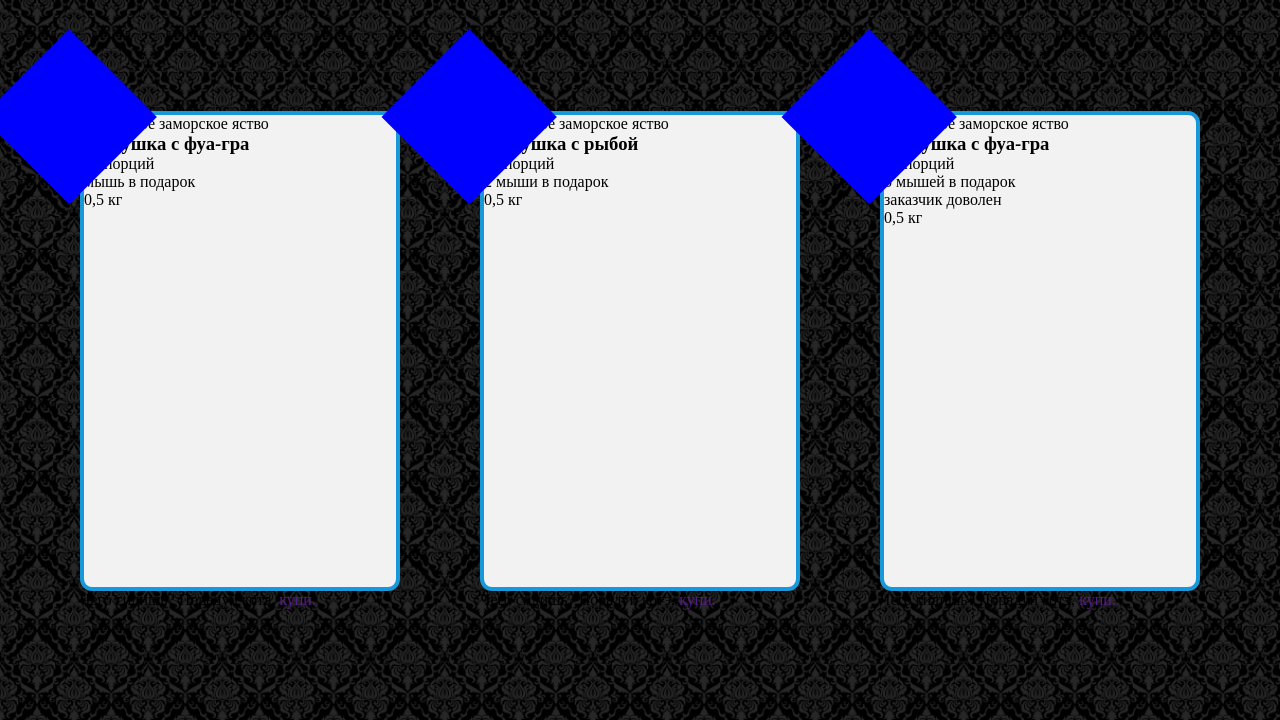
Repository: acbukka/tech-qt
Page: index.html
These files come from the project's save history. The page is drawn as it stood at one moment and after the next save; the edit follows.
The browser window is 1280 px wide. The pictures show the whole page.

Above is the page before, as saved 2022-06-17 16:02:13.

### index.html
<!DOCTYPE html>
<html lang="en">

<head>
  <meta charset="UTF-8">
  <meta http-equiv="X-UA-Compatible" content="IE=edge">
  <meta name="viewport" content="width=device-width, initial-scale=1.0">
  <title>Template</title>
  <link rel="stylesheet" href="./src/style.css">
</head>

<body class="body">

  <main class="main">
    <div class="container">
      <div class="cards-wrapper">

        <div class="card-inner">
          <div class="card-item">
            <p class="card-item__pre-title">
              Сказочное заморское яство
            </p>
            <h3 class="card-item__title">
              Нямушка
              <span class="card-item__title-span">
                с фуа-гра
              </span>
            </h3>
            <ul class="card-item__pref-list">
              <li class="card-item__pref">
                <span class="card-item__pref-span">10</span> порций
              </li>
              <li class="card-item__pref">
                <span class="card-item__pref-span"></span>мышь в подарок
              </li>
            </ul>
            <div class="card-item__price">0,5 кг</div>
          </div>
          <p class="card-inner__info">
            Чего сидишь? Порадуй котэ, <a href="" class="card-inner__info-link">купи.</a>
          </p>
        </div>

        <div class="card-inner">
          <div class="card-item">
            <p class="card-item__pre-title">
              Сказочное заморское яство
            </p>
            <h3 class="card-item__title">
              Нямушка
              <span class="card-item__title-span">
                с рыбой
              </span>
            </h3>
            <ul class="card-item__pref-list">
              <li class="card-item__pref">
                <span class="card-item__pref-span">40</span> порций
              </li>
              <li class="card-item__pref">
                <span class="card-item__pref-span">2</span> мыши в подарок
              </li>
            </ul>
            <div class="card-item__price">0,5 кг</div>
          </div>
          <p class="card-inner__info">
            Чего сидишь? Порадуй котэ, <a href="" class="card-inner__info-link">купи.</a>
          </p>
        </div>

        <div class="card-inner">
          <div class="card-item">
            <p class="card-item__pre-title">
              Сказочное заморское яство
            </p>
            <h3 class="card-item__title">
              Нямушка
              <span class="card-item__title-span">
                с фуа-гра
              </span>
            </h3>
            <ul class="card-item__pref-list">
              <li class="card-item__pref">
                <span class="card-item__pref-span">10</span> порций
              </li>
              <li class="card-item__pref">
                <span class="card-item__pref-span">5</span> мышей в подарок
              </li>
              <li class="card-item__pref">
                заказчик доволен
              </li>
            </ul>
            <div class="card-item__price">0,5 кг</div>
          </div>
          <p class="card-inner__info">
            Чего сидишь? Порадуй котэ, <a href="" class="card-inner__info-link">купи.</a>
          </p>
        </div>

      </div>
    </div>
  </main>

</body>

</html>

### src/style.css
html {
  -webkit-box-sizing: border-box;
  box-sizing: border-box;
  scroll-behavior: smooth;
}

*,
*::after,
*::before {
  -webkit-box-sizing: inherit;
  box-sizing: inherit;
  -webkit-tap-highlight-color: transparent;
}

ul[class],
ol[class] {
  padding: 0;
}

body,
h1,
h2,
h3,
h4,
h5,
h6,
p,
ul[class],
ol[class],
li,
figure,
figcaption,
blockquote,
dl,
dd {
  margin: 0;
}

ul[class] {
  list-style: none;
}

img {
  max-width: 100%;
  display: block;
}

input,
button,
textarea,
select {
  font: inherit;
}

a {
  text-decoration: none;
}

.body {
  background-image: url(../assets/Pattern.jpg);
  background-repeat: no-repeat;
  background-size: cover;
}

.main {
  height: 100vh;
  display: flex;
  align-items: center;
}

.container {
  margin-top: 50%;
  max-width: 1120px;
  margin: 0 auto;
}

.cards-wrapper {
  width: 1120px;
  display: flex;
  justify-content: space-between;
}

.card-item {
  position: relative;
  width: 320px;
  height: 480px;
  background-color: #F2F2F2;
  border-top-left-radius: 20% 10%;
  /* border-bottom-left-radius: 20%; */
  border: 4px solid #1698D9;
  /* border-left: 20px solid #1698D9; */
  border-radius: 12px;
  /* background: linear-gradient(-135deg, transparent 15px, #ddd 0); */
}

.card-item::before {
  content: "";
  position: absolute;
  width: 124.45px;
  height: 124.45px;
  background: blue;
  /* top: 0;
  left: 0; */
  left: -24.69%;
  right: 85.8%;
  top: -12.77%;
  bottom: 88.32%;
  transform:  rotate(45deg);
}

.cards-wrapper
.card-inner + .card-inner {
  margin-left: 5rem;
}

After the next save:
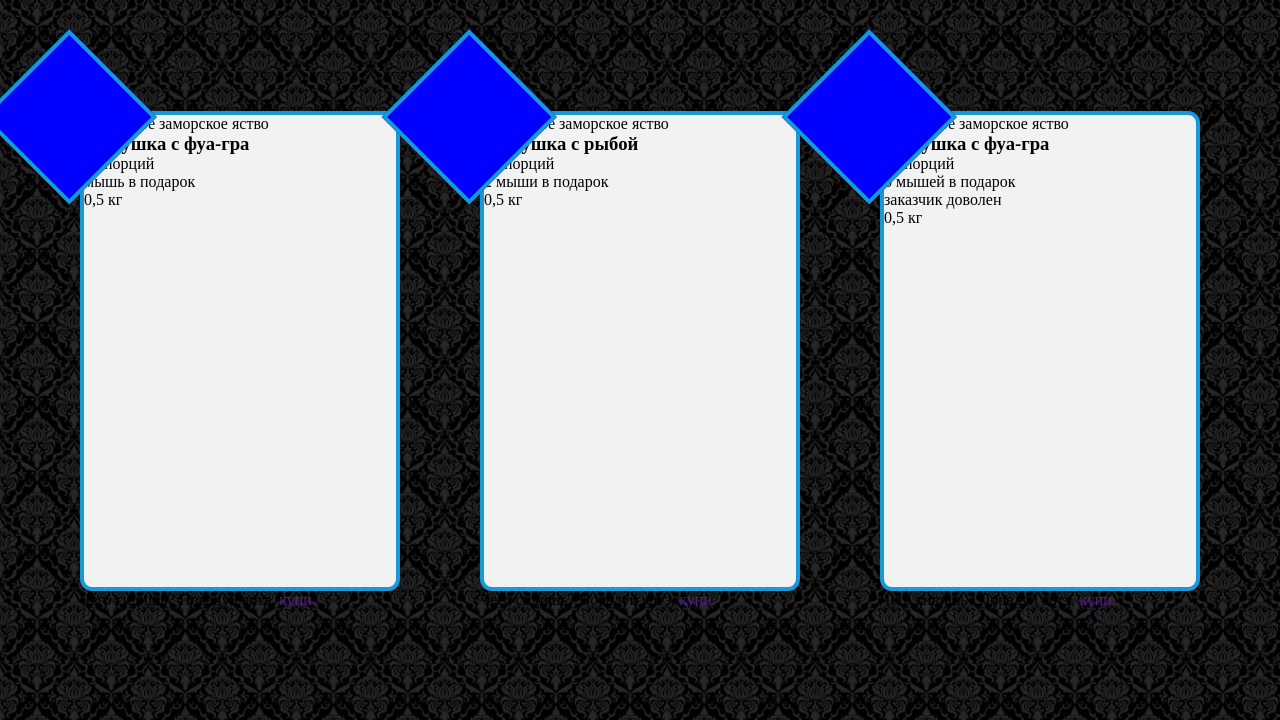
Saved 33 s later.
--- a/src/style.css
+++ b/src/style.css
@@ -105,6 +105,7 @@
   right: 85.8%;
   top: -12.77%;
   bottom: 88.32%;
+  border: 4px solid #1698D9;
   transform:  rotate(45deg);
 }
 
